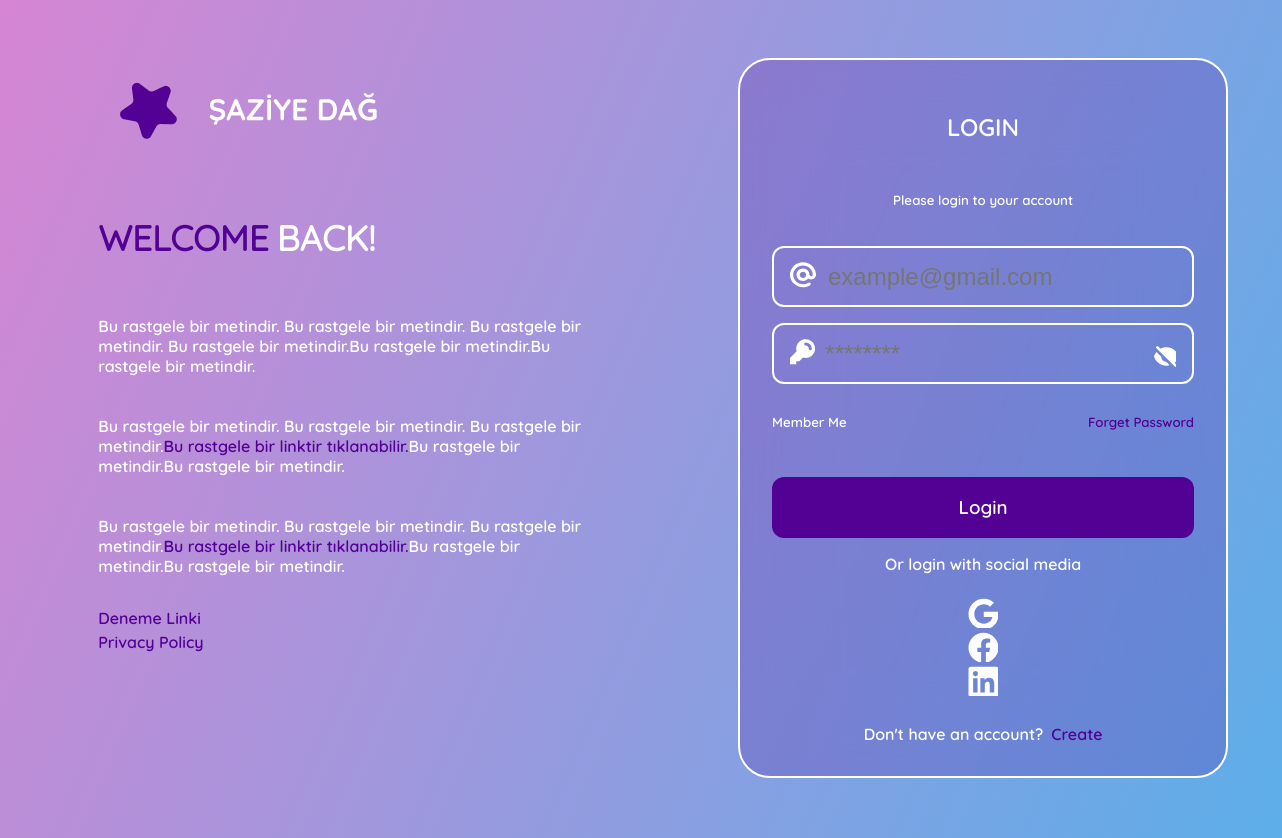
Repository: szydag/login
Page: /
These files come from the project's save history. The page is drawn as it stood at one moment and after the next save; the edit follows.
The browser window is 1280 px wide. The page is 1282 px wide, so the pictures cover 1282 px, including what lies to the right of the window. The pictures show the whole page.
The project was rebuilt for these pictures with package versions that can differ from the ones it lists, and the page was loaded fresh each time. Also part of the build but not shown: src/assets/svgr/unhiddenIcon/index.js.

Above is the page before, as saved 2023-11-02 14:31:00.

After the next save:
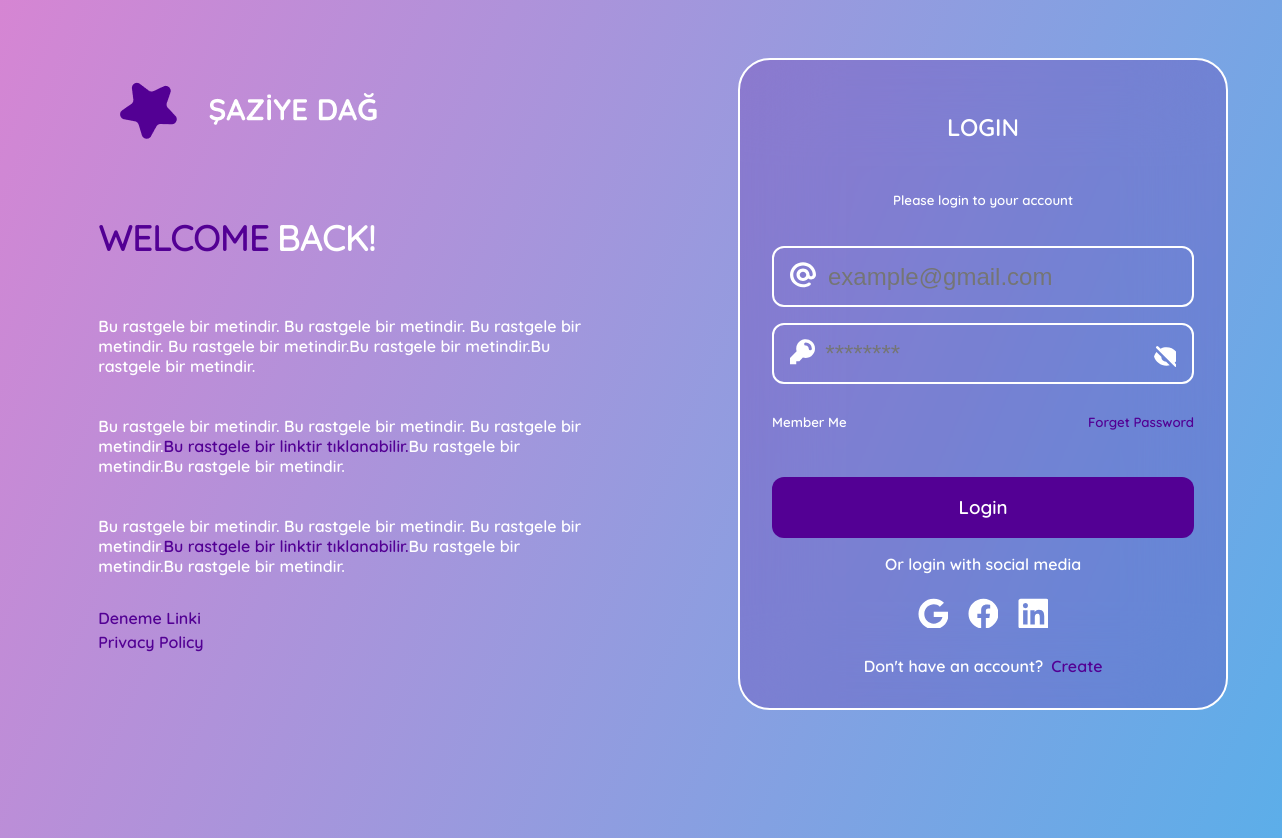
Saved 36 s later.
--- a/src/app/pages/login/style.js
+++ b/src/app/pages/login/style.js
@@ -214,6 +214,8 @@ const useStyles = createUseStyles({
         gap: '8px',
     },
     socialMediaIcons: {
+        display: 'flex',
+        flexDirection: 'row',
         gap: '20px'
     },
     newAccountArea: {
